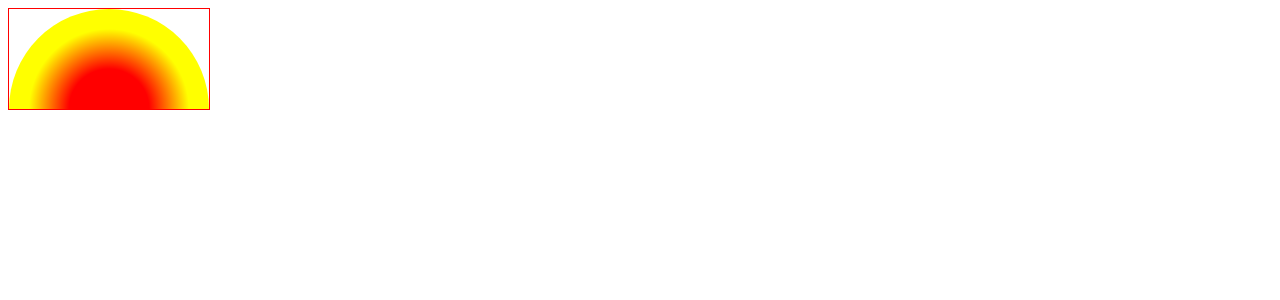
Repository: Tan-Khang21/TH_TKW--Buoi_05
Page: Bai_Tap_Tren_Lop/Bai_01/Canvas8.html
These files come from the project's save history. The page is drawn as it stood at one moment and after the next save; the edit follows.
The browser window is 1280 px wide. The pictures show the whole page.

Above is the page before, as saved 2024-03-10 20:40:25.

### Bai_Tap_Tren_Lop/Bai_01/Canvas8.html
<!DOCTYPE html>
<html lang="en">
  <head>
    <meta charset="UTF-8" />
    <meta name="viewport" content="width=device-width, initial-scale=1.0" />
    <title>Document</title>
  </head>
  <body>
    <canvas
      id="mycanvas"
      width="200px"
      height="100px"
      style="border: 1px solid #f00"
    ></canvas>
    <script>
      var c = document.getElementById("mycanvas");
      var ctx = c.getContext("2d");
      var grd = ctx.createRadialGradient(100, 100, 40, 100, 100, 80);
      grd.addColorStop(0, "red");
      grd.addColorStop(1, "yellow");
      ctx.beginPath();
      ctx.arc(100, 100, 100, 0, 2 * Math.PI);
      ctx.fillStyle = grd;
      ctx.fill();
    </script>
  </body>
</html>

After the next save:
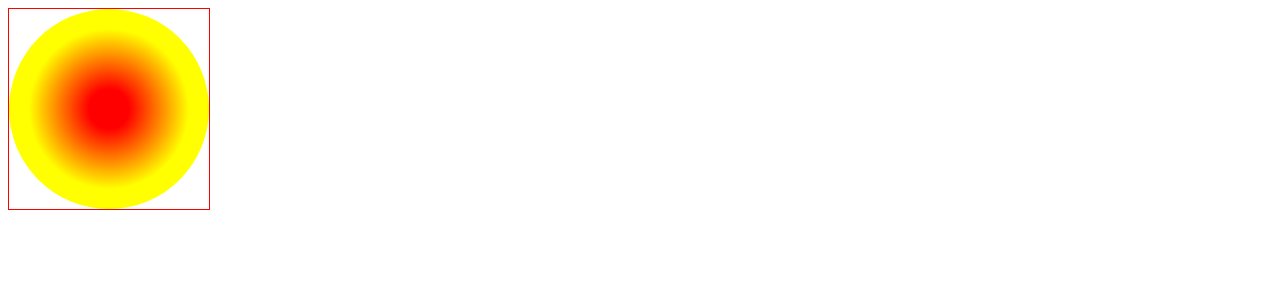
Saved 24 s later.
--- a/Bai_Tap_Tren_Lop/Bai_01/Canvas8.html
+++ b/Bai_Tap_Tren_Lop/Bai_01/Canvas8.html
@@ -9,13 +9,13 @@
     <canvas
       id="mycanvas"
       width="200px"
-      height="100px"
+      height="200px"
       style="border: 1px solid #f00"
     ></canvas>
     <script>
       var c = document.getElementById("mycanvas");
       var ctx = c.getContext("2d");
-      var grd = ctx.createRadialGradient(100, 100, 40, 100, 100, 80);
+      var grd = ctx.createRadialGradient(100, 100, 20, 100, 100, 80);
       grd.addColorStop(0, "red");
       grd.addColorStop(1, "yellow");
       ctx.beginPath();
